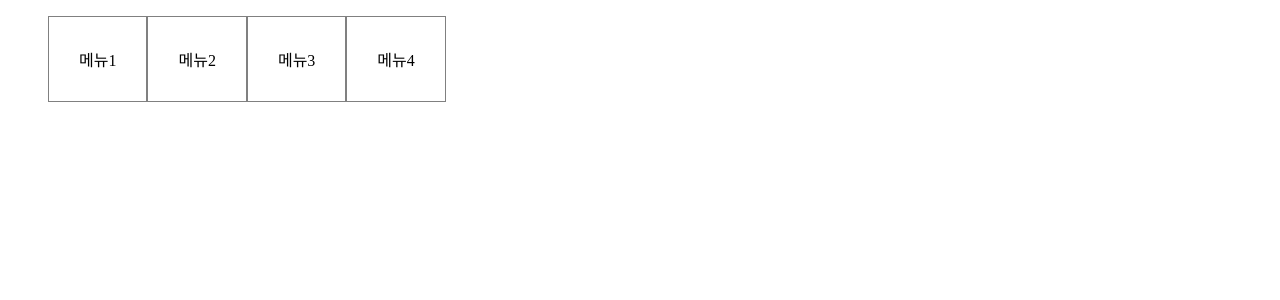
Repository: 753kg/753kg.github.io
Page: KOSTA/webProject/WebContent/doit/08/quiz-3.html
The author's editor kept a copy of each file at every save. The page is drawn from the files as they stood at one save, then again after the next save.
The browser window is 1280 px wide. The pictures show the whole page.

Above is the page before, as saved 2021-04-01 05:25:59.

### KOSTA/webProject/WebContent/doit/08/quiz-3.html
<!DOCTYPE html>
<html lang="ko">
	<head>
		<meta charset="UTF-8">
		<title>연습문제 3</title>
		<style>
			a:link, a:visited {
				color:black;
				text-decoration: none;
			}
			a:hover {
				background-color:#000;
				color:#fff;
			}
			ul {
				list-style: none;
			}
			li {
				float:left;
				border:1px solid gray;
			}
			a {
				display: block;
				padding:10px;
				margin:20px;
			}
		</style>
	</head>
	<body>
		<nav>
			<ul>
				<li><a href="#">메뉴1</a></li>
				<li><a href="#">메뉴2</a></li>
				<li><a href="#">메뉴3</a></li>
				<li><a href="#">메뉴4</a></li>
			</ul>
		</nav>
	</body>
</html>

After the next save:
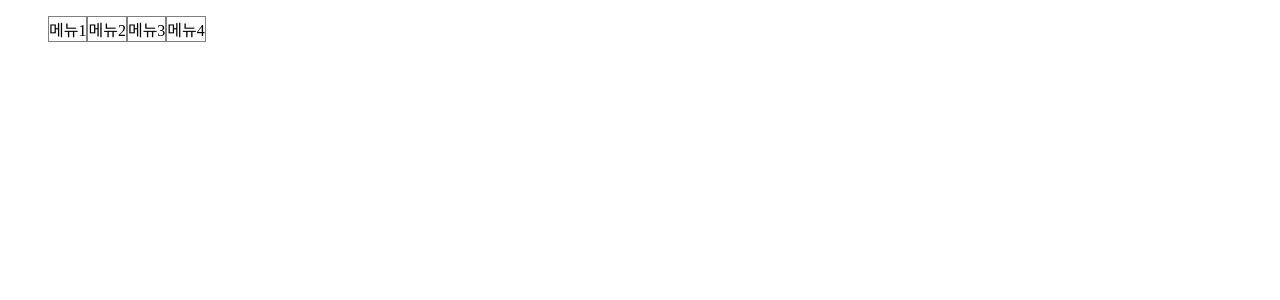
Saved 12 s later.
--- a/KOSTA/webProject/WebContent/doit/08/quiz-3.html
+++ b/KOSTA/webProject/WebContent/doit/08/quiz-3.html
@@ -21,8 +21,6 @@
 			}
 			a {
 				display: block;
-				padding:10px;
-				margin:20px;
 			}
 		</style>
 	</head>

After the save that followed:
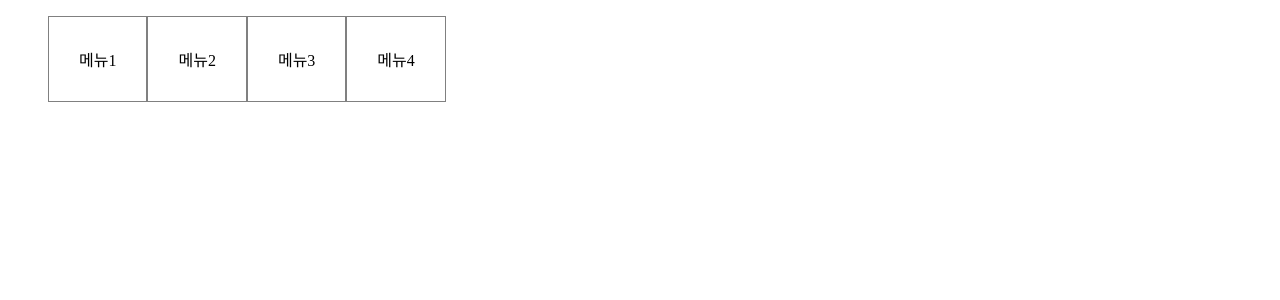
Saved 9 s later.
--- a/KOSTA/webProject/WebContent/doit/08/quiz-3.html
+++ b/KOSTA/webProject/WebContent/doit/08/quiz-3.html
@@ -21,6 +21,8 @@
 			}
 			a {
 				display: block;
+				padding:10px;
+				margin:20px;
 			}
 		</style>
 	</head>
